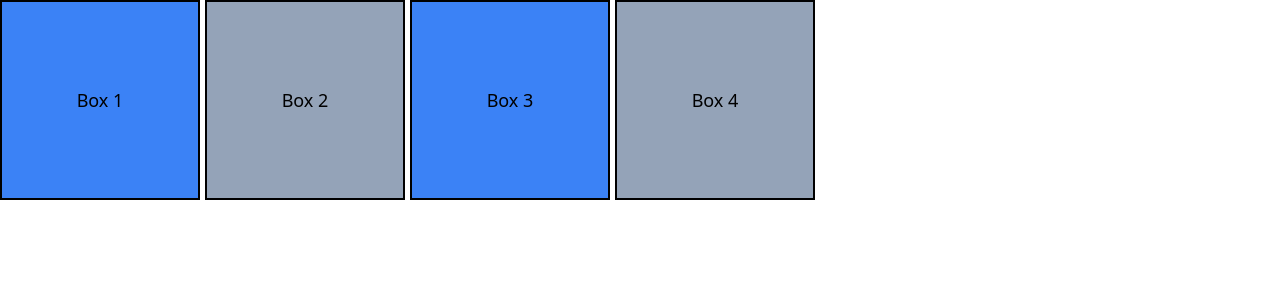
Repository: asadullah48/9th_class_nextjs
Page: /
These files come from the project's save history. The page is drawn as it stood at one moment and after the next save; the edit follows.
The browser window is 1280 px wide. The pictures show the whole page.
The project was rebuilt for these pictures with package versions that can differ from the ones it lists, and the page was loaded fresh each time. The framework's server and built-in components were replaced by stand-ins that run in the browser. Also part of the build but not shown: next.config.ts.

Above is the page before, as saved 2024-11-21 09:59:37.

After the next save:
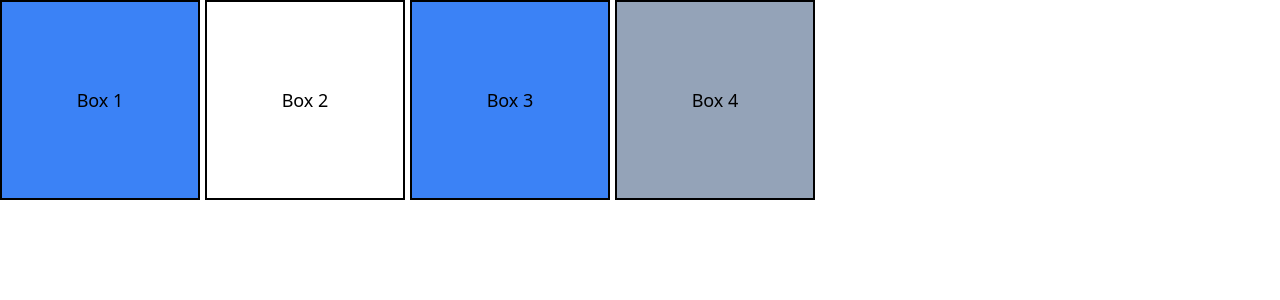
Saved 10 min 31 s later.
--- a/src/app/page.tsx
+++ b/src/app/page.tsx
@@ -9,7 +9,7 @@ function Home() {
     {/* <div className="box" id="box1">Box 1 </div>
     <div className="box" id="box2" >Box 2</div> */}
     <div className=" flex justify-center items-center h-[200px] w-[200px] bg-blue-500 border-2 border-black">Box 1 </div>
-    <div className="flex justify-center items-center h-[200px] w-[200px] bg-slate-400 border-2 border-black">Box 2</div>
+    <div className="flex justify-center items-center h-[200px] w-[200px] bg--400 border-2 border-black">Box 2</div>
     <div className=" flex justify-center items-center h-[200px] w-[200px] bg-blue-500 border-2 border-black">Box 3 </div>
     <div className="flex justify-center items-center h-[200px] w-[200px] bg-slate-400 border-2 border-black">Box 4</div>
 
